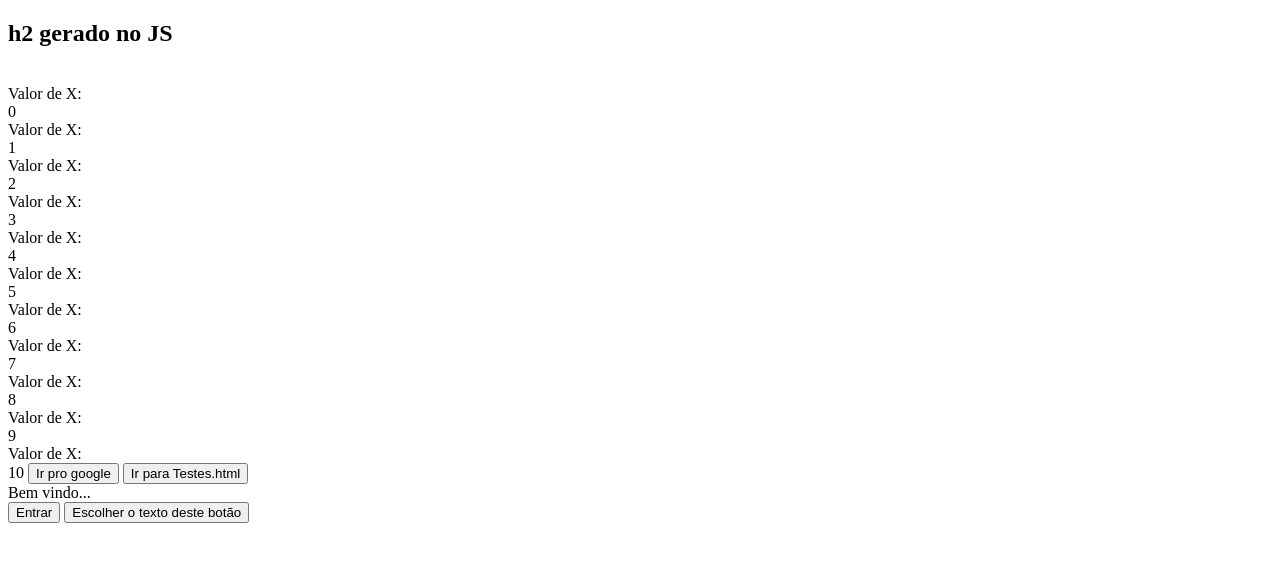
Repository: joaoaspimienta/Testes-e-estudo-de-ReactJS
Page: src/Anotações.html
The author's editor kept a copy of each file at every save. The page is drawn from the files as they stood at one save, then again after the next save.
The browser window is 1280 px wide. The pictures show the whole page.

Above is the page before, as saved 2021-12-27 19:51:54.

### src/Anotações.html
<!DOCTYPE html>
  <head>
    <title>Anotações</title>
    <script type="text/javascript" src="script.js"></script>
  </head>

  <body>
    <button onClick="window.location.href='https://www.google.com';">Ir pro google</button>

    <button onClick="window.location.href='Testes.html';">Ir para Testes.html</button>

    <div id="area">Bem vindo...</div>

    <button onClick="document.getElementById('area').innerHTML='Bem vindo, ' + prompt('Qual seu nome?')">Entrar</button>
    <!-- document.write("<h1>lol</h1>") -->

    <button onClick="this.innerHTML= prompt('Escolha o nome deste botão')">Escolher o texto deste botão</button>
  </body>
</html>

### src/script.js
//Gerar coisas na tela
document.write("<h2>h2 gerado no JS</h2>")


//Arrays
var userList = ['EMIYA', 'Code', 'Carvalho', 'DrA'];

userList.indexOf('Carvalho') //2
userList.join(' e ') //EMIYA e Code e Carvalho...
userList.pop() //remove DrA
userList.shift() //remove EMIYA
userList.push('Honda') //add Honda no final

if(userList.indexOf('EMIYA') > -1) {
  console.log('Este nome está na lista')
} else {
  console.log('Este nome não está na lista')
}

console.log(userList)


//Loops

x = 0;
while(x <= 10) {document.write('</br> Valor de X: </br>' + x)

x++}

After the next save:
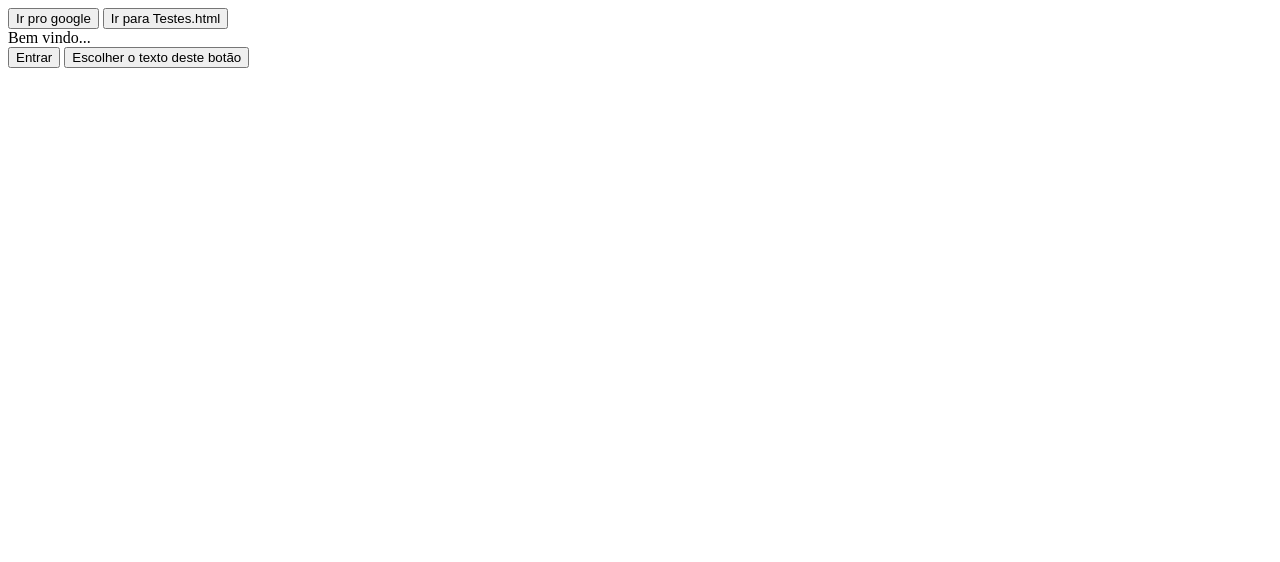
Console error (its wording comes from the project's code and is left out).
Saved 11 s later.
--- a/src/script.js
+++ b/src/script.js
@@ -23,6 +23,6 @@
 //Loops
 
 x = 0;
-while(x <= 10) {document.write('</br> Valor de X: </br>' + x)
+while(x <= 10) {document.write('</br> Valor de X: ' + x </br>)
 
 x++}

After the 2 saves that followed:
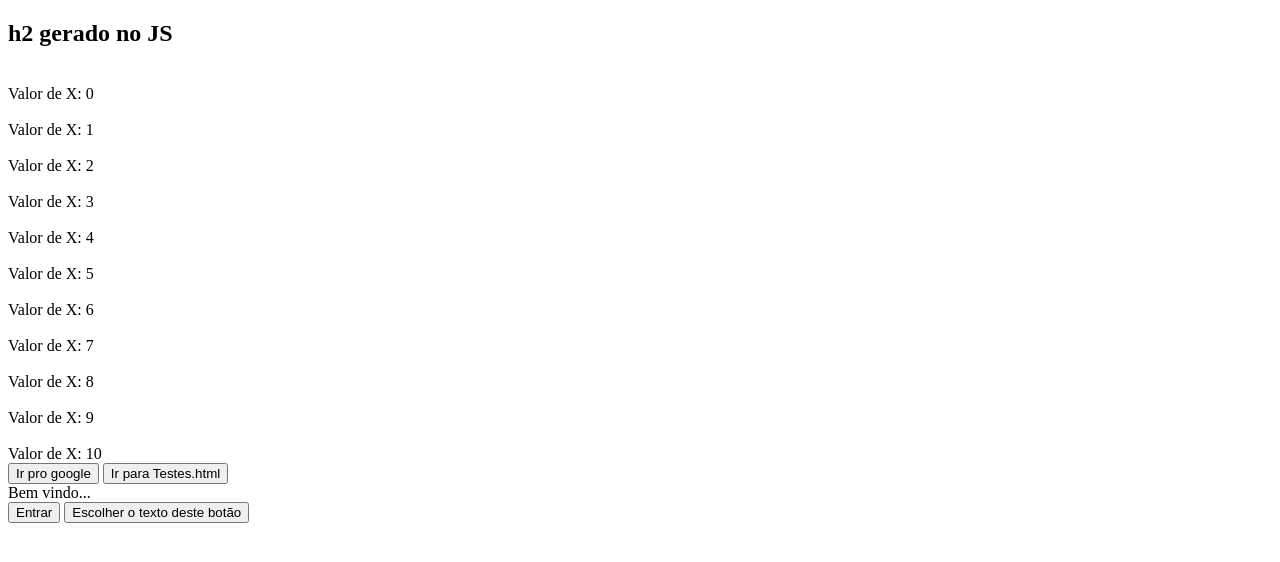
The error is gone.
The 2 saves are shown as one change because 1 left the picture as it was.
The last was saved 17 s later.
--- a/src/script.js
+++ b/src/script.js
@@ -23,6 +23,6 @@
 //Loops
 
 x = 0;
-while(x <= 10) {document.write('</br> Valor de X: ' + x </br>)
+while(x <= 10) {document.write('</br> Valor de X: ' + x + '</br>')
 
 x++}
